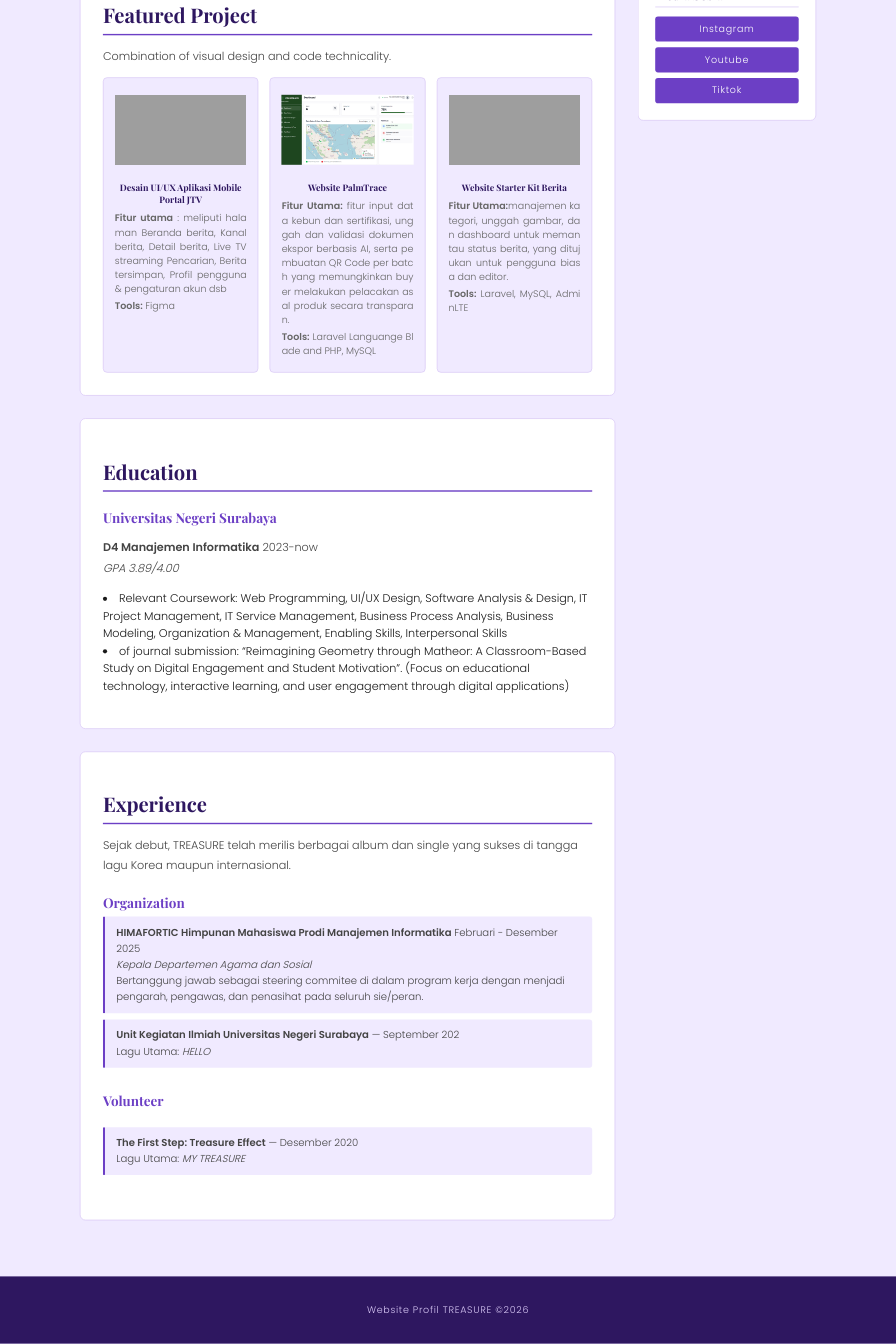
Repository: VergiMutiaRahmasyani/Website-Portofolio
Page: index.html
The author's editor kept a copy of each file at every save. The page is drawn from the files as they stood at one save, then again after a run of saves.
The browser window is 1280 px wide. The pictures show the part of the page from y = 888 to 2808 px (the page is 2808 px tall before and 2784 px after), at 70% of full size.
Pictures or frames that could not be fetched are drawn as grey boxes.

Above is the page before, as saved 2026-03-07 14:37:35.

### index.html
<!DOCTYPE html>
<html>
    <head>
        <meta charset="utf-8" />
        <meta name="viewport" content="width=device-width, initial-scale=1.0" />
        <title>Portofolio Vergi</title>

        <!-- My Own CSS -->
        <link rel="stylesheet" href="css/style.css" />

        <!-- Google Fonts -->
        <link rel="preconnect" href="https://fonts.googleapis.com">
        <link rel="preconnect" href="https://fonts.gstatic.com" crossorigin>
        <link href="https://fonts.googleapis.com/css2?family=Playfair+Display:wght@400;700&family=Poppins:wght@300;400;600&display=swap" rel="stylesheet">
    </head>

    <body>

        <!-- HEADER -->
        <header class="site-header">

            <!-- NAVBAR -->
            <div class="navbar">
                <nav class="nav-list">
                    <ul>
                        <li><a href="#About">About Me</a></li>
                        <li><a href="#Work">Work</a></li>
                        <li><a href="Project">Project</a></li>
                        <li><a href="#Education">Education</a></li>
                        <li><a href="Organization">Organization</a></li>
                        <li><a href="https://drive.google.com/file/d/13-ep7ykiG-k7d2KfzBZSPx55XoqW1qHe/view?usp=sharing" target="_blank"> Resume</a></li>
                    </ul>
                </nav>
            </div>

            <div class="hero">
                <div class="hero-overlay">
                    <h1>Welcome, <br> To My Portofolio!</h1>
                </div>
            </div>

        </header>

        <!-- MAIN -->
        <main>
            <div class="content-wrapper">
                <div id="content">
                    <article id="About">
                        <h2>About Me</h2>
                        <p>
                            Saya seorang mahasiswa semester 6 Program Studi Manajemen Informatika di Universitas Negeri Surabaya, yang memiliki rasa
                            ingin tahu dan semangat yang besar. Dengan memiliki peminatan pada UI/UX Design dan Web Development,
                            saya telah berpengalaman dalam menciptakan solusi digital yang user-friendly dan berdampak. Melalui
                            kombinasi hard skills dan soft skills yang saya miliki, saya siap untuk beradaptasi dan memberikan kontribusi
                            nyata pada setiap proyek yang dijalankan.
                        </p>
                    </article>

                    <article id="Project">
                        <h2>Featured Project</h2>
                        <p>
                            Combination of visual design and code technicality.
                        </p>

                        <div class="project-list">
                            <div class="project-card">
                                <img src="D:\STUPEN\celerates\SUBMISSION\Web Portofolio\img\portaljtv.png" alt="Portal JTV" class="project-img" />
                                <h3>Desain UI/UX Aplikasi Mobile Portal JTV</h3>
                                <p><strong>Fitur utama</strong> : meliputi halaman Beranda berita, Kanal berita, Detail berita, Live TV streaming
                                    Pencarian, Berita tersimpan, Profil pengguna & pengaturan akun dsb</p>
                                <p><strong>Tools:</strong> Figma</p>
                            </div>
                            <div class="project-card">
                                <img src="img/palmtrace website.png" alt="Palm Trace Website" class="project-img"/>
                                <h3>Website PalmTrace</h3>
                                <p><strong>Fitur Utama:</strong>  fitur input data kebun dan sertifikasi, unggah dan validasi dokumen ekspor berbasis
                                    AI, serta pembuatan QR Code per batch yang memungkinkan buyer melakukan pelacakan asal
                                    produk secara transparan.</p>
                                <p><strong>Tools:</strong>  Laravel Languange Blade and PHP, MySQL</p>
                            </div>
                            <div class="project-card">
                                <img src="D:\STUPEN\celerates\SUBMISSION\Web Portofolio\img\starter kit berita.png" alt="Website Berita" class="project-img"/>
                                <h3>Website Starter Kit Berita </h3>
                                <p><strong>Fitur Utama:</strong>manajemen kategori, unggah gambar, dan dashboard untuk memantau status berita, yang
                                    ditujukan untuk pengguna biasa dan editor.</p>
                                <p><strong>Tools:</strong> Laravel, MySQL, AdminLTE</p>
                            </div>
                        </div>
                    </article>

                    <article id="Education">
                        <h2>Education</h2>
                        <h3>Universitas Negeri Surabaya</h3>
                        <p>
                            <strong>D4 Manajemen Informatika</strong>  2023-now
                            <br><em>GPA 3.89/4.00</em>
                            <br>
                        </p>
                        <p>
                            <li > Relevant Coursework: Web Programming, UI/UX Design, Software Analysis & Design, IT Project Management, IT Service Management, Business Process
                                Analysis, Business Modeling, Organization & Management, Enabling Skills, Interpersonal Skills</li>
                            <li> of journal submission: “Reimagining Geometry through Matheor: A Classroom-Based Study on Digital
                                Engagement and Student Motivation”. (Focus on educational technology, interactive learning, and user
                                engagement through digital applications)</li>
                        </p>
                    </article>

                    <article id="pengalaman">
                        <h2>Experience</h2>
                        <p>
                            Sejak debut, TREASURE telah merilis berbagai album dan single yang sukses di tangga lagu Korea maupun internasional.
                        </p>

                        <h3> Organization </h3>
                        <ul class="pengalaman-list">
                            <li>
                                <strong>HIMAFORTIC Himpunan Mahasiswa Prodi Manajemen Informatika</strong>  Februari - Desember 2025
                                <br><em>Kepala Departemen Agama dan Sosial</em>
                                <br>Bertanggung jawab sebagai steering commitee di dalam program kerja dengan menjadi pengarah,
                                pengawas, dan penasihat  pada seluruh sie/peran.
                            </li>
                            <li>
                                <strong>Unit Kegiatan Ilmiah Universitas Negeri Surabaya</strong> — September 202
                                <br>Lagu Utama: <em>HELLO</em>
                            </li>


                        <h3>Volunteer</h3>
                        <ul class="pengalaman-list">
                            <li>
                                <strong>The First Step: Treasure Effect</strong> — Desember 2020
                                <br>Lagu Utama: <em>MY TREASURE</em>
                            </li>
                    </article>

                </div>

                <!-- ASIDE -->
                <aside>
                    <div class="aside-inner">
                        <h3>Info Singkat</h3>
                        <img src="img/vergi photo.jpeg" alt="Foto Vergi" class="aside-img" />
                        <ul class="aside-info">
                            <li><strong>Debut:</strong> 7 Maret 2026</li>
                            <li><strong>Agensi:</strong> MI Entertainment</li>
                            <li><strong>Member:</strong> 6 orang</li>
                            <li><strong>Fandom:</strong> Vergilicious</li>
                        </ul>

                        <h3>Media Sosial</h3>
                        <ul class="aside-social">
                            <li><a href="https://www.instagram.com/yg_treasure_official/" target="_blank">Instagram</a></li>
                            <li><a href="https://www.youtube.com/@TREASURE" target="_blank">Youtube</a></li>
                            <li><a href="https://tiktok.com/@yg_treasure_tiktok" target="_blank">Tiktok</a></li>
                        </ul>
                    </div>
                </aside>
            </div>

        </main>

        <!-- FOOTER -->
        <footer>
            <p>Website Profil TREASURE &copy;2026 </p>
        </footer>

    </body>
</html>

### css/style.css
*,
*::before,
*::after {
    box-sizing: border-box;
}

/* =====================
   PALET WARNA UNGU
   --ungu-gelap   : #2e1760  (navbar, footer)
   --ungu-utama   : #6c3fc5  (aksen utama)
   --ungu-sedang  : #9b6ee0  (hover, border)
   --ungu-muda    : #d8c8f5  (border ringan)
   --ungu-pucat   : #f0eaff  (background halaman)
   ===================== */

body {
    font-family: 'Poppins', sans-serif;
    font-weight: 300;
    background-color: #f0eaff;
    color: #1a1a1a;
    margin: 0;
}


header.site-header {
    background-color: #2e1760;
    color: white;
}

/* NAVBAR */
header.site-header .navbar {
    padding: 1rem 2rem;
    position: fixed;
    top: 0;
    left: 0;
    right: 0;
    width: 100%;
    z-index: 999;
    background-color: #2e1760;
}

header.site-header .nav-list ul {
    list-style: none;
    padding: 0;
    margin: 0;

    display: flex;
    justify-content: center;
    gap: 2rem;
}

header.site-header .nav-list li a {
    text-decoration: none;
    color: #d8c8f5;
    font-size: 0.9rem;
    font-weight: 400;
    letter-spacing: 1px;
    transition: color 0.2s ease;
}

header.site-header .nav-list li a:hover {
    color: white;
}

/* HERO */
header.site-header .hero {
    position: relative;
    width: 100%;
    height: 370px;
    overflow: hidden;
    margin-top: 57px;
}

header.site-header .hero .hero-overlay {
    position: absolute;
    inset: 0;
    display: flex;
    align-items: center;
    justify-content: center;
}

header.site-header .hero .hero-overlay h1 {
    font-family: 'Playfair Display', serif;
    font-size: 5rem;
    letter-spacing: 10px;
    color: white;
    margin: 0;
    text-align: center;
}


/* =====================
   MAIN & LAYOUT
   ===================== */

main {
    max-width: 1100px;
    margin-inline: auto;
    padding: 2rem 1.5rem;
}

.content-wrapper {
    display: flex;
    gap: 2rem;
    align-items: flex-start;
}

#content {
    flex: 3;

    display: flex;
    flex-direction: column;
    gap: 2rem;
}


/* =====================
   ARTICLE
   ===================== */

article {
    background-color: white;
    border: 1px solid #d8c8f5;
    border-radius: 8px;
    padding: 2rem;
}

article h2 {
    font-family: 'Playfair Display', serif;
    font-size: 1.8rem;
    margin-bottom: 1rem;
    padding-bottom: 0.5rem;
    border-bottom: 2px solid #6c3fc5;
    color: #2e1760;
}

article h3 {
    font-family: 'Playfair Display', serif;
    font-size: 1.2rem;
    margin-top: 1.5rem;
    margin-bottom: 0.5rem;
    color: #6c3fc5;
}

article p {
    line-height: 1.8;
    margin-bottom: 1rem;
    color: #444;
}



/* =====================
   PROJECT CARDS
   ===================== */

.project-list {
    display: flex;
    flex-wrap: wrap;
    gap: 1rem;
    margin-top: 0.5rem;
}

.project-card {
    flex: 1 1 160px;
    background-color: #f0eaff;
    border: 1px solid #d8c8f5;
    border-radius: 6px;
    padding: 1rem;
}

.project-img {
    width: 100%;
    max-width: 250px;
    height: 100px;
    object-fit:cover;
    object-position: top;
    display: block;
    margin: 0.5rem auto 1rem auto;
    border-radius: 0px;
}

.project-card h3 {
    font-size: 0.8rem;
    margin-top: 0.5;
    margin-bottom: 0.5rem;
    text-align: center;
    color: #2e1760;
}

.project-card p {
    font-size: 0.85rem;
    color: #666;
    margin: 0.2rem 0;
    line-height: 1.5;
    text-align: justify;
    text-justify: inter-word;
    word-break: break-all;
}


/* =====================
   ALBUM LIST
   ===================== */

.pengalaman-list {
    list-style: none;
    padding: 0;
    margin: 0.5rem 0 1rem 0;

    display: flex;
    flex-direction: column;
    gap: 0.6rem;
}

.pengalaman-list li {
    padding: 0.7rem 1rem;
    background-color: #f0eaff;
    border-left: 3px solid #6c3fc5;
    border-radius: 0 4px 4px 0;
    font-size: 0.9rem;
    color: #444;
    line-height: 1.6;
}


/* =====================
   ASIDE
   ===================== */

aside {
    flex: 1;
    position: sticky;
    top: 80px;
}

aside .aside-inner {
    background-color: white;
    border: 1px solid #d8c8f5;
    border-radius: 8px;
    padding: 1.5rem;
}

aside h3 {
    font-family: 'Playfair Display', serif;
    font-size: 1.1rem;
    margin-top: 1.2rem;
    margin-bottom: 0.8rem;
    padding-bottom: 0.4rem;
    border-bottom: 1px solid #d8c8f5;
    color: #2e1760;
}

aside h3:first-child {
    margin-top: 0;
}

.aside-img {
    width: 100%;
    max-width: 250px;
    height: 200px;
    object-fit: cover;
    object-position: center;
    display: block;
    margin: 0.5rem auto 1rem auto;
    border-radius: 100px;
}

.aside-info {
    list-style: none;
    padding: 0;
    margin: 0;

    display: flex;
    flex-direction: column;
    gap: 0.4rem;
}

.aside-info li {
    font-size: 0.85rem;
    color: #444;
    line-height: 1.6;
}

.aside-social {
    list-style: none;
    padding: 0;
    margin: 0;

    display: flex;
    flex-direction: column;
    gap: 0.5rem;
}

.aside-social li a {
    display: block;
    text-align: center;
    padding: 0.5rem;
    background-color: #6c3fc5;
    color: white;
    text-decoration: none;
    border-radius: 4px;
    font-size: 0.85rem;
    letter-spacing: 1px;
    transition: background-color 0.2s ease;
}

.aside-social li a:hover {
    background-color: #9b6ee0;
}


/* =====================
   FOOTER
   ===================== */

footer {
    background-color: #2e1760;
    color: #d8c8f5;
    text-align: center;
    padding: 1.5rem;
    margin-top: 3rem;
    font-size: 0.85rem;
    letter-spacing: 1px;
}


/* =====================
   RESPONSIVE
   ===================== */

@media screen and (max-width: 768px) {
    header.site-header .nav-list ul {
        flex-wrap: wrap;
        justify-content: center;
        gap: 0.8rem;
    }

    .content-wrapper {
        flex-direction: column;
    }

    aside {
        position: static;
        width: 100%;
    }

    .project-card {
        flex: 1 1 130px;
    }
}

After the next 2 saves:
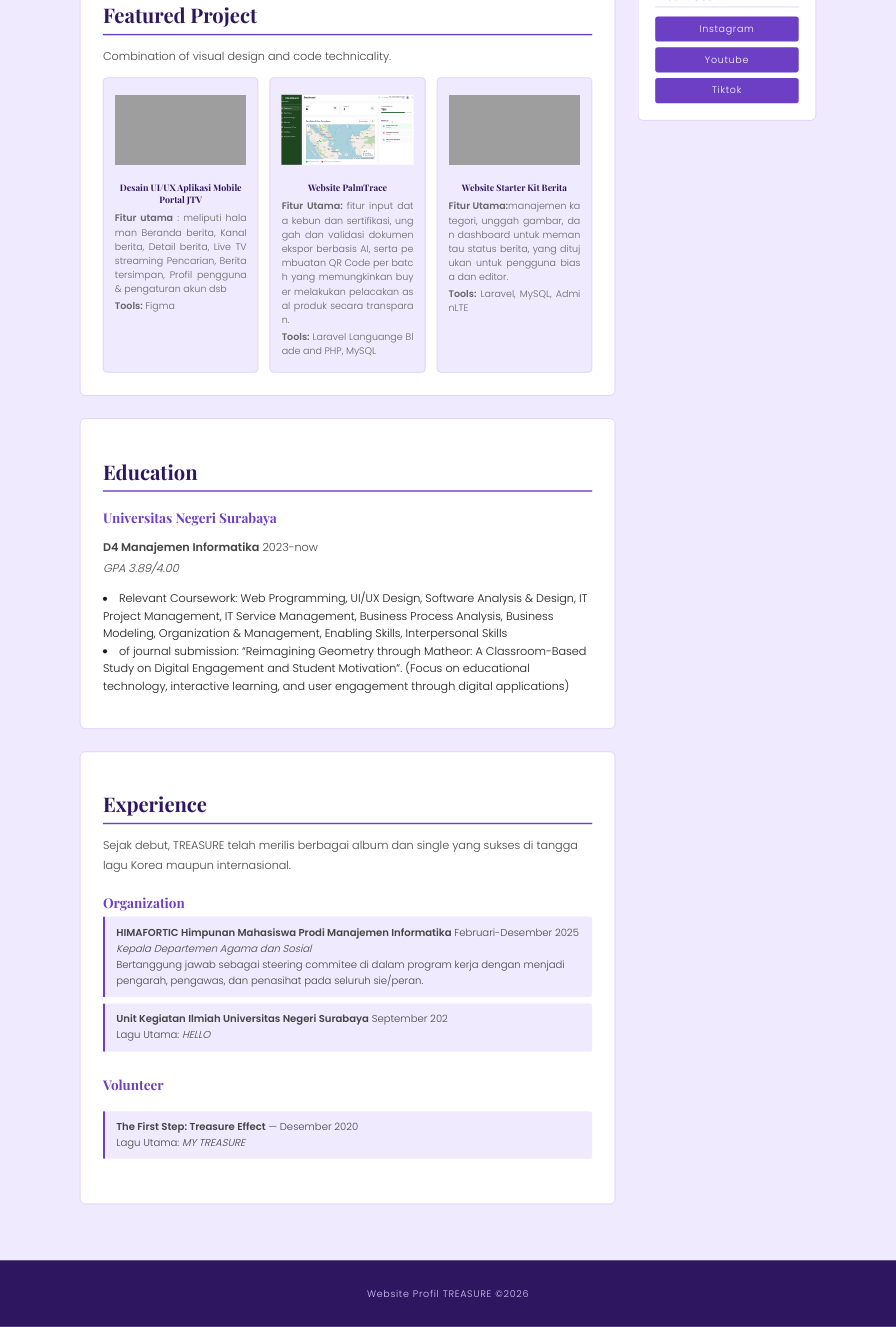
The 2 saves are shown as one change because they came seconds apart.
The last was saved 6 s later.
--- a/index.html
+++ b/index.html
@@ -114,13 +114,13 @@
                         <h3> Organization </h3>
                         <ul class="pengalaman-list">
                             <li>
-                                <strong>HIMAFORTIC Himpunan Mahasiswa Prodi Manajemen Informatika</strong>  Februari - Desember 2025
+                                <strong>HIMAFORTIC Himpunan Mahasiswa Prodi Manajemen Informatika</strong>  Februari-Desember 2025
                                 <br><em>Kepala Departemen Agama dan Sosial</em>
                                 <br>Bertanggung jawab sebagai steering commitee di dalam program kerja dengan menjadi pengarah,
                                 pengawas, dan penasihat  pada seluruh sie/peran.
                             </li>
                             <li>
-                                <strong>Unit Kegiatan Ilmiah Universitas Negeri Surabaya</strong> — September 202
+                                <strong>Unit Kegiatan Ilmiah Universitas Negeri Surabaya</strong>  September 202
                                 <br>Lagu Utama: <em>HELLO</em>
                             </li>
 
